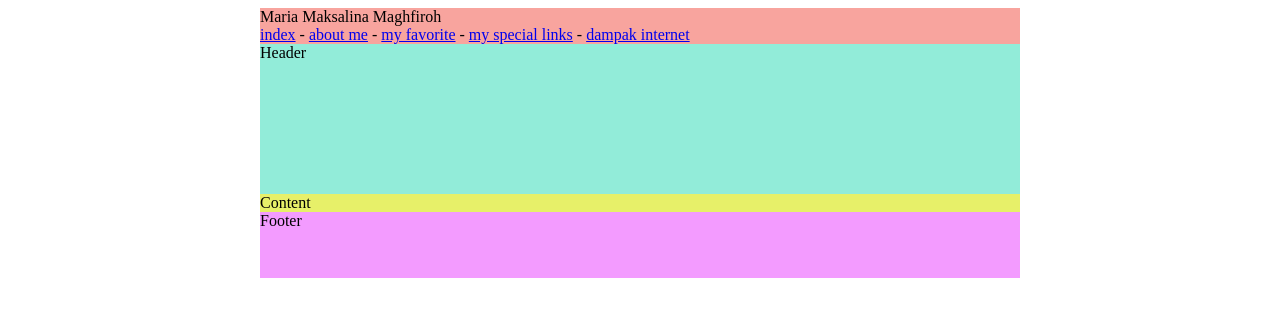
Repository: Bearli-py/latihan_bisdig
Page: index.html
The author's editor kept a copy of each file at every save. The page is drawn from the files as they stood at one save, then again after the next save.
The browser window is 1280 px wide. The pictures show the whole page.

Above is the page before, as saved 2025-09-09 15:16:18.

### index.html
<!DOCTYPE html>
<html lang="en">
<head>
    <meta charset="UTF-8">
    <meta name="viewport" content="width=device-width, initial-scale=1.0">
    <link rel="stylesheet" href="style.css">
    <title>Judul</title>

</head>
<body>
    <div id="page-container"> Maria Maksalina Maghfiroh
        <div id="main-nav"><a href="index.html">index</a> -
            <a href="about.html">about me</a> -
            <a href="fav.html">my favorite</a> -
            <a href="links.html">my special links</a> -
            <a
            href="dampak.html">dampak
            internet</a></div>
        <div id="header">Header</div>
        <div id="content">Content</div>
        <div id="footer">Footer</div>
    </div>

</body>
</html>

### style.css
#page-container {
    width: 760px;
    margin: auto;
    background: rgb(248, 164, 158);
    text-align: left;
}
#header {
background: rgb(146, 236, 217);
height: 150px;
}
#content {
background: rgb(231, 240, 105);
}
#footer {
background: rgb(243, 155, 255);
height: 66px;
}

After the next save:
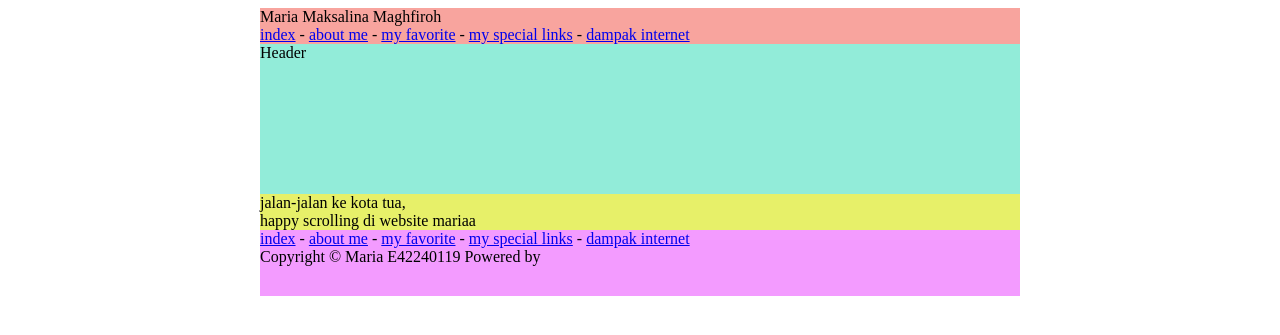
Saved 9 min 5 s later.
--- a/index.html
+++ b/index.html
@@ -17,8 +17,18 @@
             href="dampak.html">dampak
             internet</a></div>
         <div id="header">Header</div>
-        <div id="content">Content</div>
-        <div id="footer">Footer</div>
+        <div id="content">jalan-jalan ke kota tua,<br />
+            happy scrolling di website mariaa</div>
+        <div id="footer"><div id="altnav">
+            <a href="index.html">index</a> -
+            <a href="about.html">about me</a> -
+            <a href="fav.html">my favorite</a> -
+            <a href="links.html">my special links</a> -
+            <a
+            href="dampak.html">dampak
+            internet</a>
+            </div>
+            Copyright &copy; Maria E42240119 Powered by</div>
     </div>
 
 </body>
